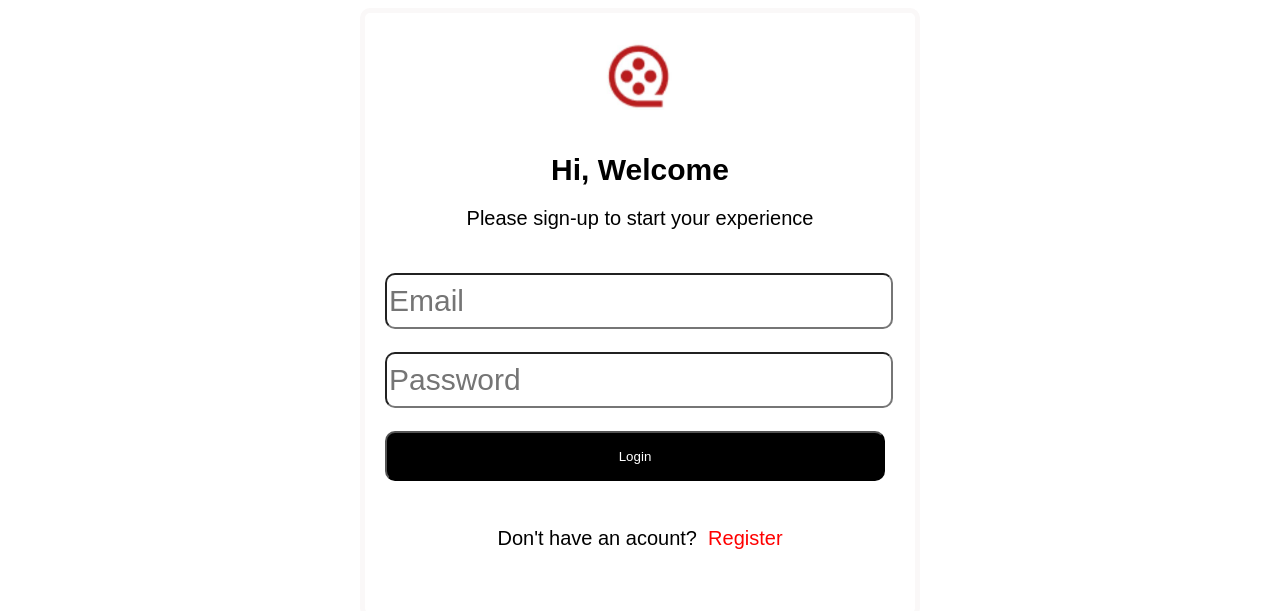
Repository: KingBoyMaylow/movie-task
Page: 2index.html
These files come from the project's save history. The page is drawn as it stood at one moment and after the next save; the edit follows.
The browser window is 1280 px wide. The pictures show the whole page.

Above is the page before, as saved 2024-05-20 23:50:00.

### 2index.html
<!DOCTYPE html>
<html lang="en">
<head>
    <meta charset="UTF-8">
    <meta name="viewport" content="width=device-width, initial-scale=1.0">
    <link rel="stylesheet" href="script.css">
    <title>Free Movies</title>
</head>
<body>
    <div class="div2">
      <img src="WhatsApp Image 2024-05-20 at 13.51.03_2167d28e.jpg" alt="">
    <h1>Hi, Welcome</h1>
  <h3>Please sign-up to start your experience</h3>

  <br><label form="<div class="">
    <label for=""></label>
    <input type="email" class="form-control" name="email" id="email" placeholder="Email">
  <br>

  <br><label form="<div class="form-group">
    <label for=""></label>
    <input type="password" class="form-control" name="" id="" placeholder="Password">
  <br>

  <br><a href="http://127.0.0.1:5500/home-side.html"></a><input type="submit"  value="Login" class="register-btn">
<br>

  <br><br><span>Don't have an acount? &nbsp; <a href="http://127.0.0.1:5500/">Register</a></span>
</div>
</body>
</html>

### script.css
body{
    font: 1em sans-serif;
    font-size: 20px;
    font-weight: 100px;
    display: flex;
    flex-direction: column;
    flex-wrap: wrap;
    justify-content: center;
    align-items: center;
}
h3{
    font-size: 20px;
    font-weight: normal;
    text-align: center;
}

.form-control{
    height: 50px;
    width: 500px;
    border-radius: 10px;
    font-size: 30px;
    margin-left: 20px;
}
h1{
    margin-left: 50px;
    text-align: center;
    font-size: 30px;
    margin-right: 50px;
}
img{
    width: 150px;
    display: block;
    margin: auto;
    height: 120px;
}
.firstdiv{
    border: 5px solid rgb(250, 248, 248);
    border-radius: 10px;
    width: 550px;
    height: 650px;

}
.register-btn{
    width: 500px;
    background-color: black;
    color: white;
    height: 50px;
    border-radius: 10px;
    margin-left: 20px;
}

span a {
    color: red;
    text-decoration: none;
}

.div2{
    border: 5px solid rgb(250, 248, 248);
    border-radius: 10px;
    width: 550px;
    height: 600px;

}
span{
    display: flex;
    justify-content: center;
    align-items: center;
}

After the next save:
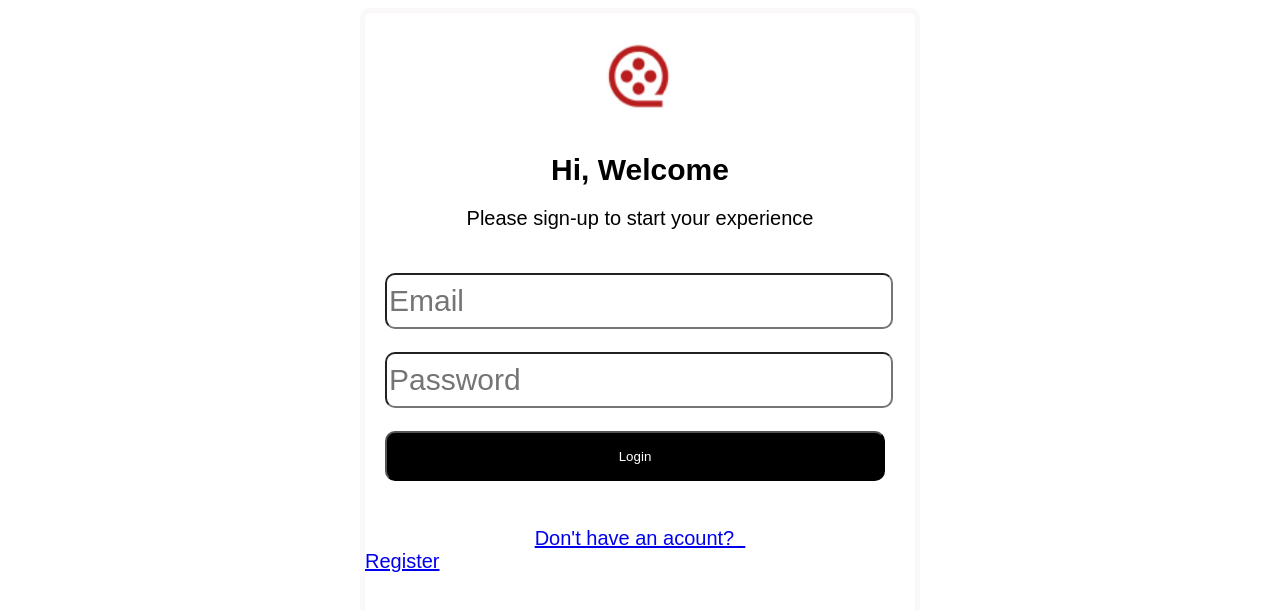
Saved 24 s later.
--- a/2index.html
+++ b/2index.html
@@ -22,7 +22,7 @@
     <input type="password" class="form-control" name="" id="" placeholder="Password">
   <br>
 
-  <br><a href="http://127.0.0.1:5500/home-side.html"></a><input type="submit"  value="Login" class="register-btn">
+  <br><a href="http://127.0.0.1:5500/home-side.html"><input type="submit"  value="Login" class="register-btn">
 <br>
 
   <br><br><span>Don't have an acount? &nbsp; <a href="http://127.0.0.1:5500/">Register</a></span>

After the 2 saves that followed:
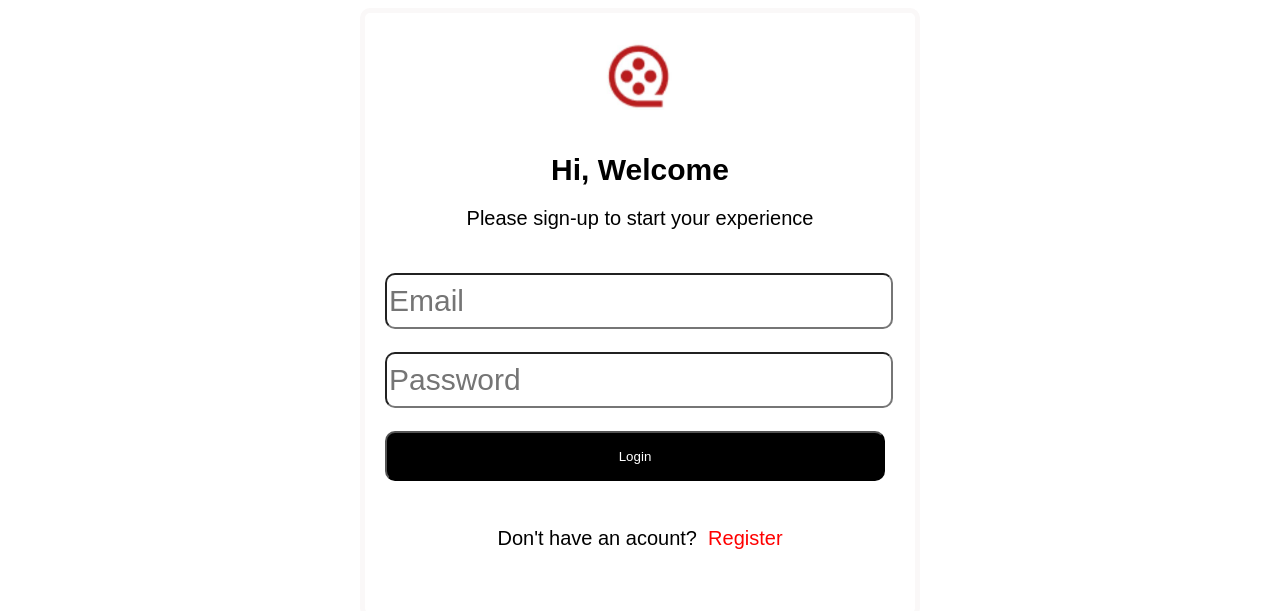
The 2 saves are shown as one change because they came seconds apart.
The last was saved 18 s later.
--- a/2index.html
+++ b/2index.html
@@ -22,7 +22,7 @@
     <input type="password" class="form-control" name="" id="" placeholder="Password">
   <br>
 
-  <br><a href="http://127.0.0.1:5500/home-side.html"><input type="submit"  value="Login" class="register-btn">
+  <br><a href="http://127.0.0.1:5500/home-side.html"><input type="submit"  value="Login" class="register-btn"></a>
 <br>
 
   <br><br><span>Don't have an acount? &nbsp; <a href="http://127.0.0.1:5500/">Register</a></span>
